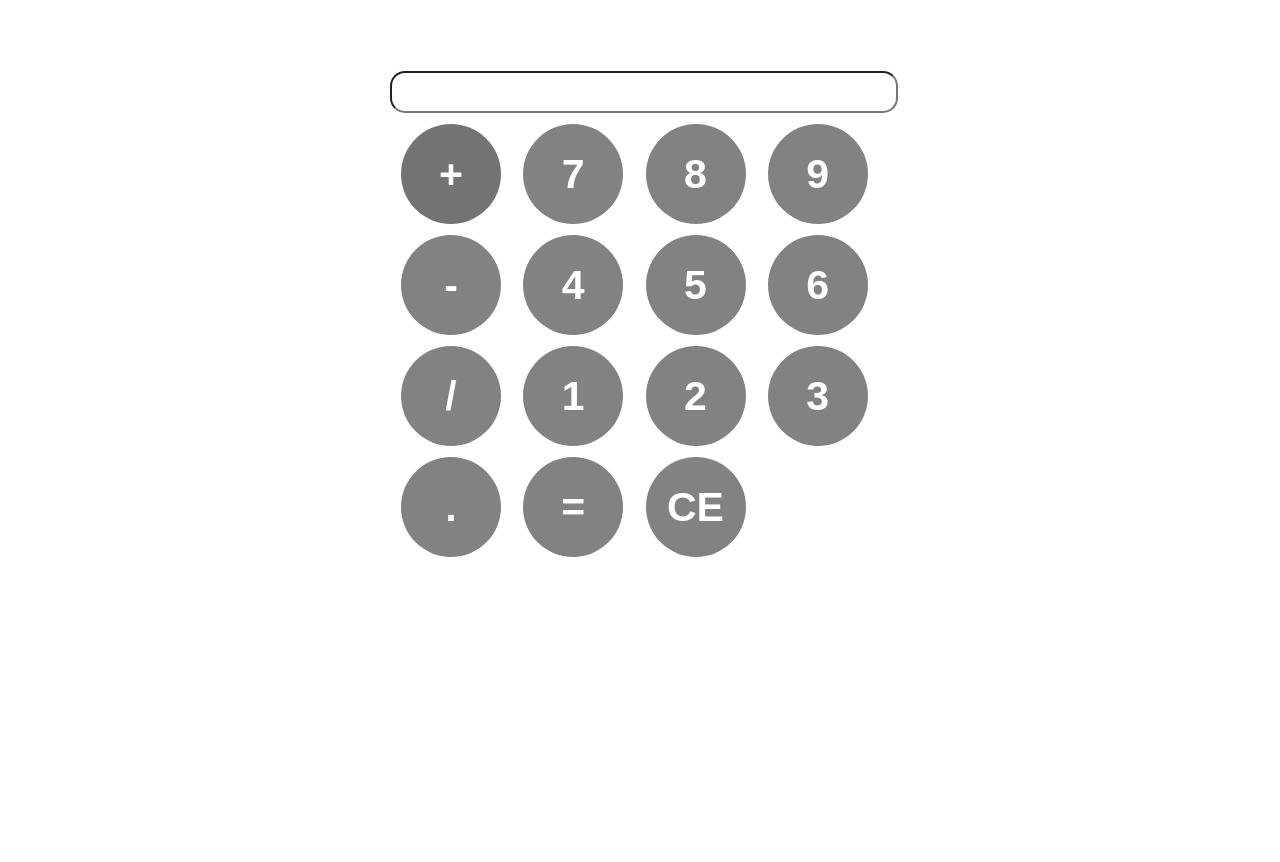
Repository: rkrukshan/JS-Calculator
Page: index.html
The author's editor kept a copy of each file at every save. The page is drawn from the files as they stood at one save, then again after a run of saves.
The browser window is 1280 px wide. The pictures show the whole page.
The first visible `button` is being pressed.

Above is the page before, as saved 2024-09-02 13:37:49.

### index.html
<!DOCTYPE html>
<html lang="en">

<head>
    <meta charset="UTF-8">
    <meta name="viewport" content="width=device-width, initial-scale=1.0">
    <title>Document</title>
    <link rel="stylesheet" href="style.css">
</head>

<body>
    <div id="calculator">
        <input id="screen" readonly>
        <div id="buttons">

            <button onclick="appendScreen('+')">+</button>
            <button onclick="appendScreen('7')">7</button>
            <button onclick="appendScreen('8')">8</button>
            <button onclick="appendScreen('9')">9</button>
            <button onclick="appendScreen('-')">-</button>
            <button onclick="appendScreen('4')">4</button>
            <button onclick="appendScreen('5')">5</button>
            <button onclick="appendScreen('6')">6</button>
            <button onclick="appendScreen('/')">/</button>
            <button onclick="appendScreen('1')">1</button>
            <button onclick="appendScreen('2')">2</button>
            <button onclick="appendScreen('3')">3</button>
            <button onclick="appendScreen('.')">.</button>
            <button onclick="appendScreen('=')">=</button>
            <button onclick="appendScreen('CE')">CE</button>

        </div>
    </div>
</body>

</html>

### style.css
#calculator {
  display: flexbox;
  align-items: center;
  height: 100vh;
  justify-content: center;
  border: none;
  max-width: 500px;
  margin: auto;
  padding: 5% 0;
}
#screen {
  width: 100%;
  height: 5%;
  color: white;
  border-radius: 15px;
}
#buttons {
  display: grid;
  grid-template-columns: repeat(4, 1fr);
  gap: 11px;
  padding: 11px;
}
button {
  width: 100px;
  height: 100px;
  border-radius: 50px;
  color: white;
  background-color: hsl(0, 0%, 51%);
  font-size: 41px;
  font-weight: bold;
  cursor: pointer;
  border: none;
}
button:active{
    background-color:hsl(0, 1%, 45%);
    box-shadow: ;
}

After the next 4 saves:
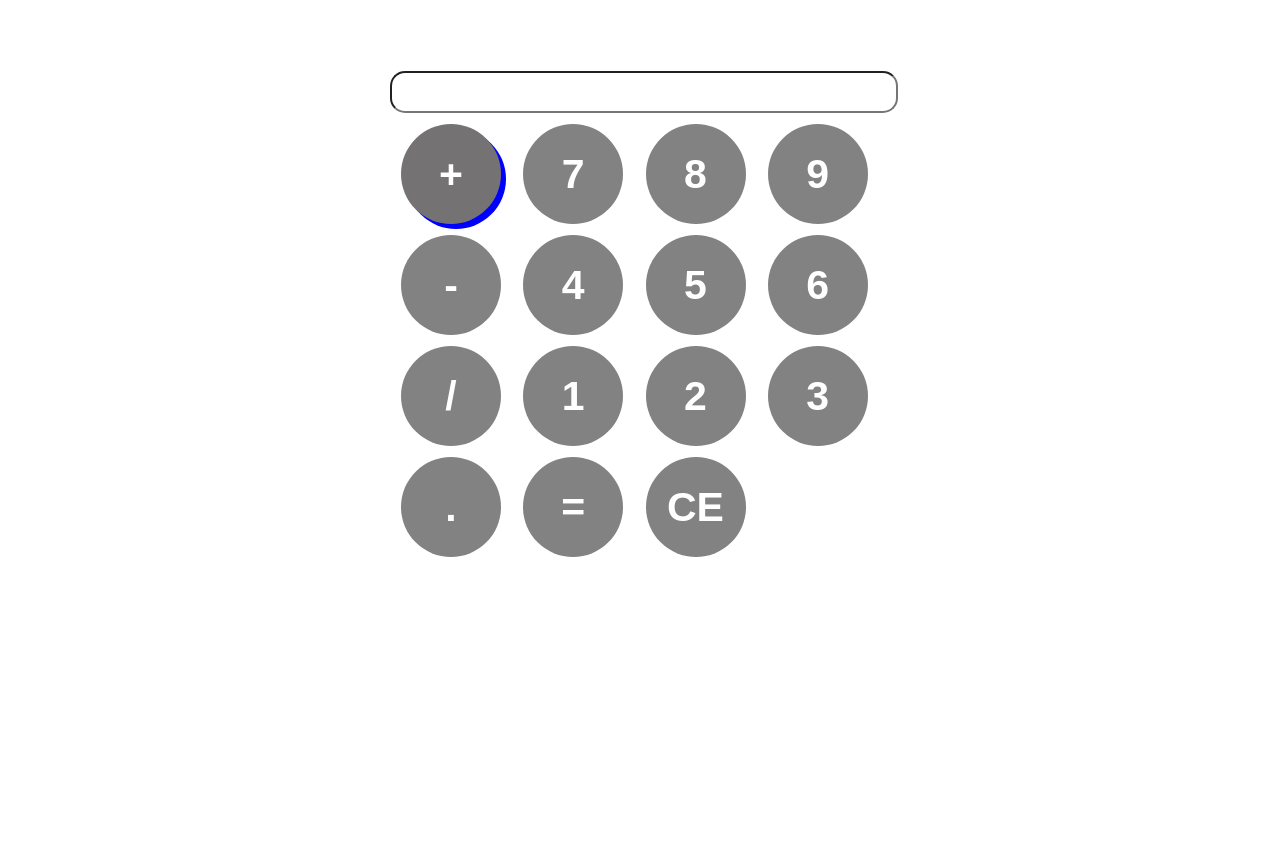
The 4 saves are shown as one change because they came seconds apart.
The last was saved 16 s later.
--- a/style.css
+++ b/style.css
@@ -33,5 +33,5 @@ button {
 }
 button:active{
     background-color:hsl(0, 1%, 45%);
-    box-shadow: ;
+    box-shadow: 5px 5px blue;
 }
